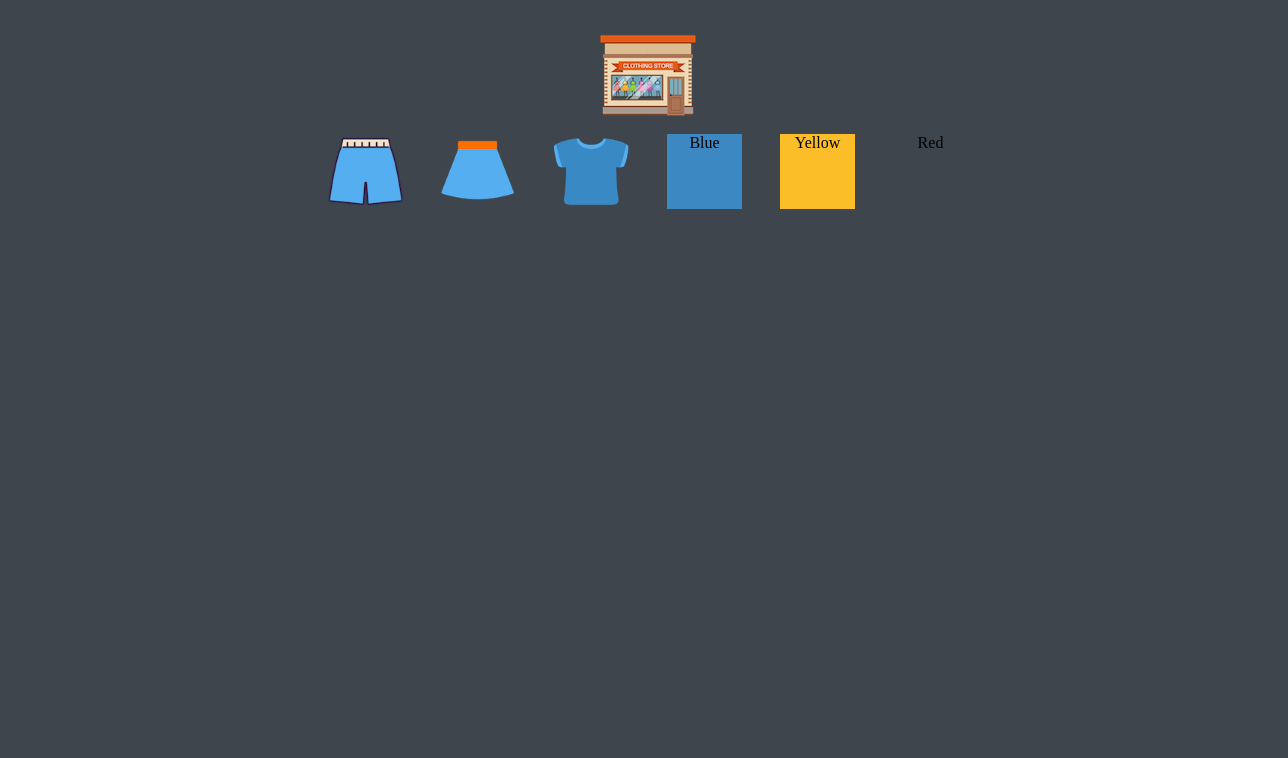
Repository: Jay-JYKim91/elle-shopping-mall
Page: index.html
An editor plug-in stored every save of this project. The page is shown before and after the next save, followed by the edit.
The browser window is 1280 px wide. The page is 1288 px wide, so the pictures cover 1288 px, including what lies to the right of the window. The pictures show the whole page.

Above is the page before, as saved 2021-07-26 19:32:30.

After the next save:
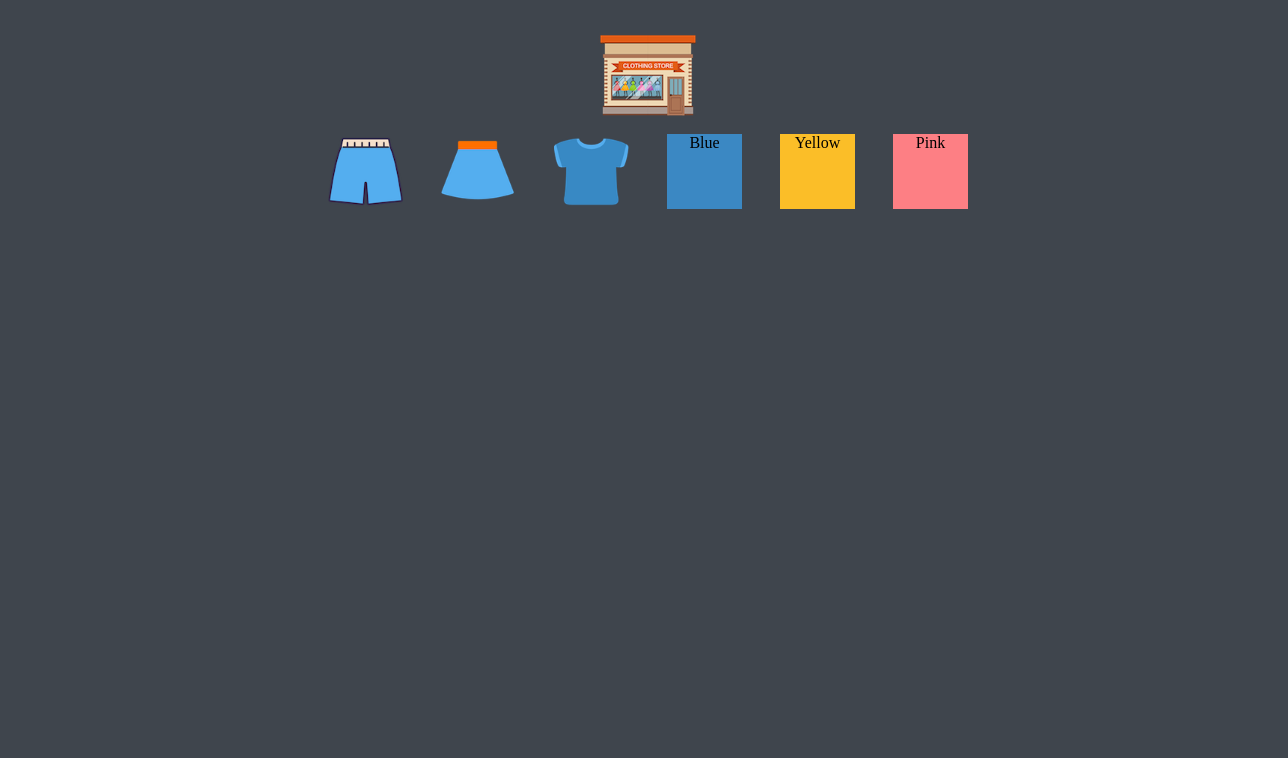
Saved 7 s later.
--- a/index.html
+++ b/index.html
@@ -18,7 +18,7 @@
         <img src="./img/blue_t.png" alt="">
         <div class="color-box blue">Blue</div>
         <div class="color-box yellow">Yellow</div>
-        <div class="color-box red">Red</div>
+        <div class="color-box pink">Pink</div>
       </div>
       <div class="lists">
 
